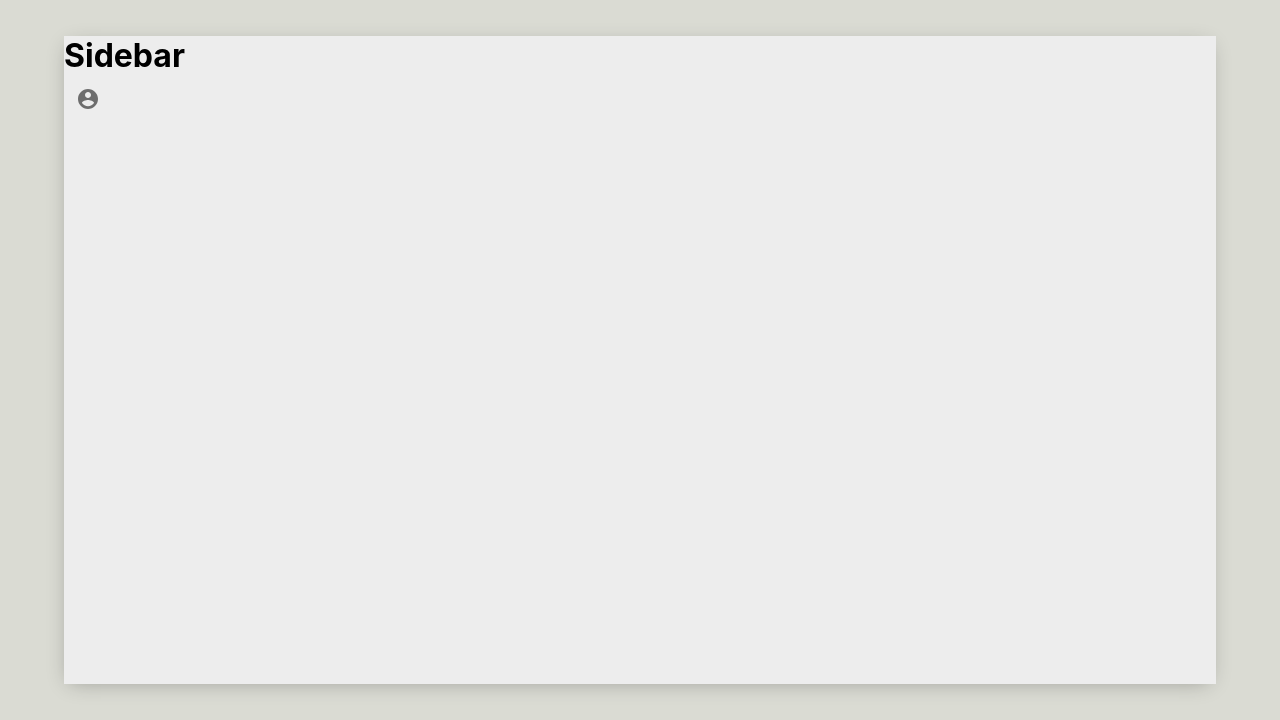
Repository: Prafullkuma/whatsappclon
Page: /
The author's editor kept a copy of each file at every save. The page is drawn from the files as they stood at one save, then again after a run of saves.
The browser window is 1280 px wide. The pictures show the whole page.
The project was rebuilt for these pictures with package versions that can differ from the ones it lists, and the page was loaded fresh each time.

Above is the page before, as saved 2020-08-19 09:53:20.

### src/App.js
import React from 'react';
import './App.css';
import Sidebar from './Component/Sidebar'
function App() {
  return (
    <div className="app">
      <div className="app__body">
        <Sidebar />
      </div>
    </div>
  );
}

export default App;

### src/App.css
.app{
  background-color: #dadbd3;
  height: 100vh;
  display: grid;
  place-items: center;
}
.app__body{
  display: flex;
  height: 90vh;
  width: 90vw;
  background-color: #ededed;
  box-shadow: -1px 4px 20px -6px rgba(0, 0, 0, 0.3);
}

### src/Component/Sidebar.js
import React from 'react'
import { IconButton } from '@material-ui/core'
import AccountCircleIcon from '@material-ui/icons/AccountCircle';

function Slidebar() {
    return (
        <div className="sidebar">
            <h1>Sidebar</h1>
            <IconButton>
                <AccountCircleIcon />
            </IconButton>
        </div>
    )
}

export default Slidebar

Loaded but not shown: public/index.html (common file); src/index.js (common file); src/index.css (common file)

After the next 2 saves:
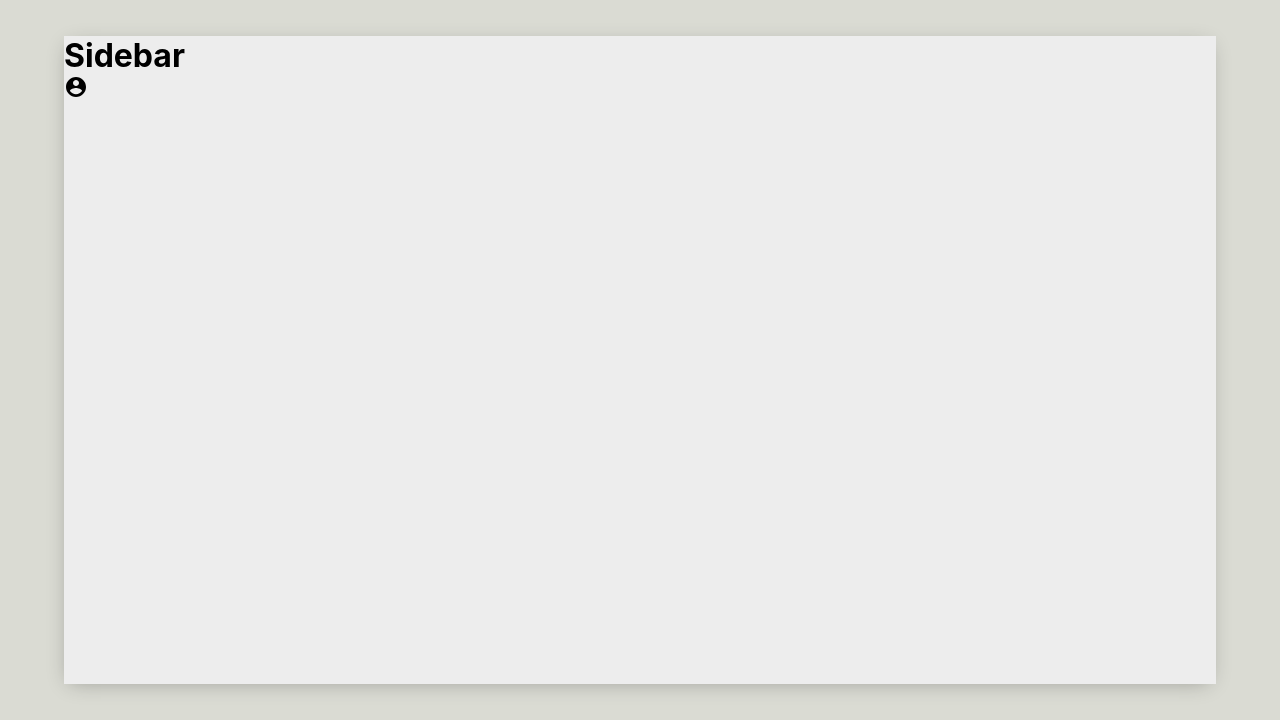
The 2 saves are shown as one change because 1 did not build or start.
The last was saved 89 min 38 s later.
--- a/src/Component/Sidebar.js
+++ b/src/Component/Sidebar.js
@@ -1,15 +1,11 @@
 import React from 'react'
-import { IconButton } from '@material-ui/core'
 import AccountCircleIcon from '@material-ui/icons/AccountCircle';
-
 function Slidebar() {
     return (
         <div className="sidebar">
             <h1>Sidebar</h1>
-            <IconButton>
-                <AccountCircleIcon />
-            </IconButton>
-        </div>
+            <AccountCircleIcon />
+        </div >
     )
 }
 
